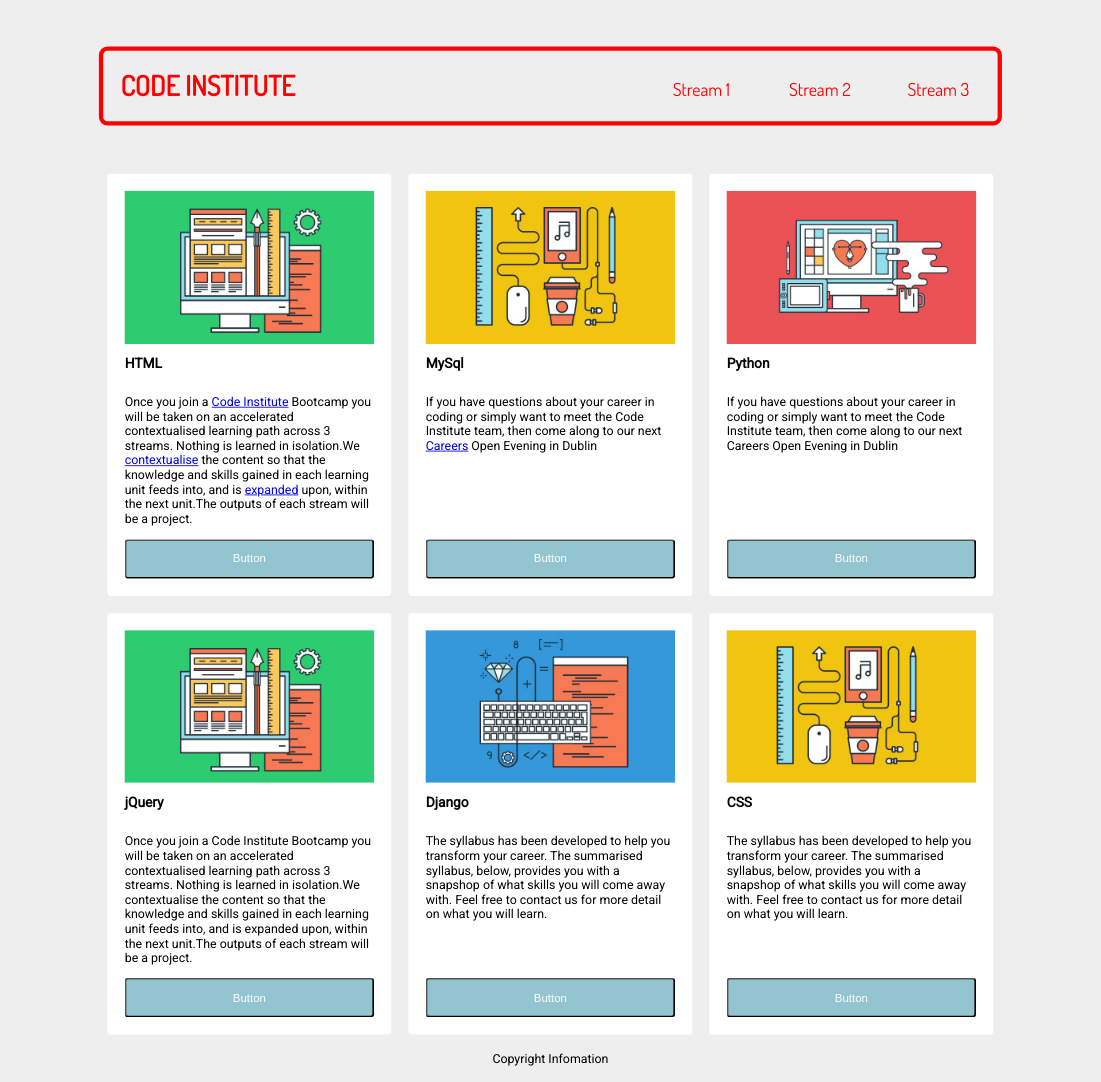
Repository: nitr-am/excersices-using-Jquery
Page: Cards-jquery.html
The author's editor kept a record of every edit. The page is drawn from the files as they stood at one moment, then again after the next edit.
The browser window is 1280 px wide. The pictures show the whole page, at 86% of full size.
Some web libraries are served in a nearby version.

Above is the page before.

After the next edit:
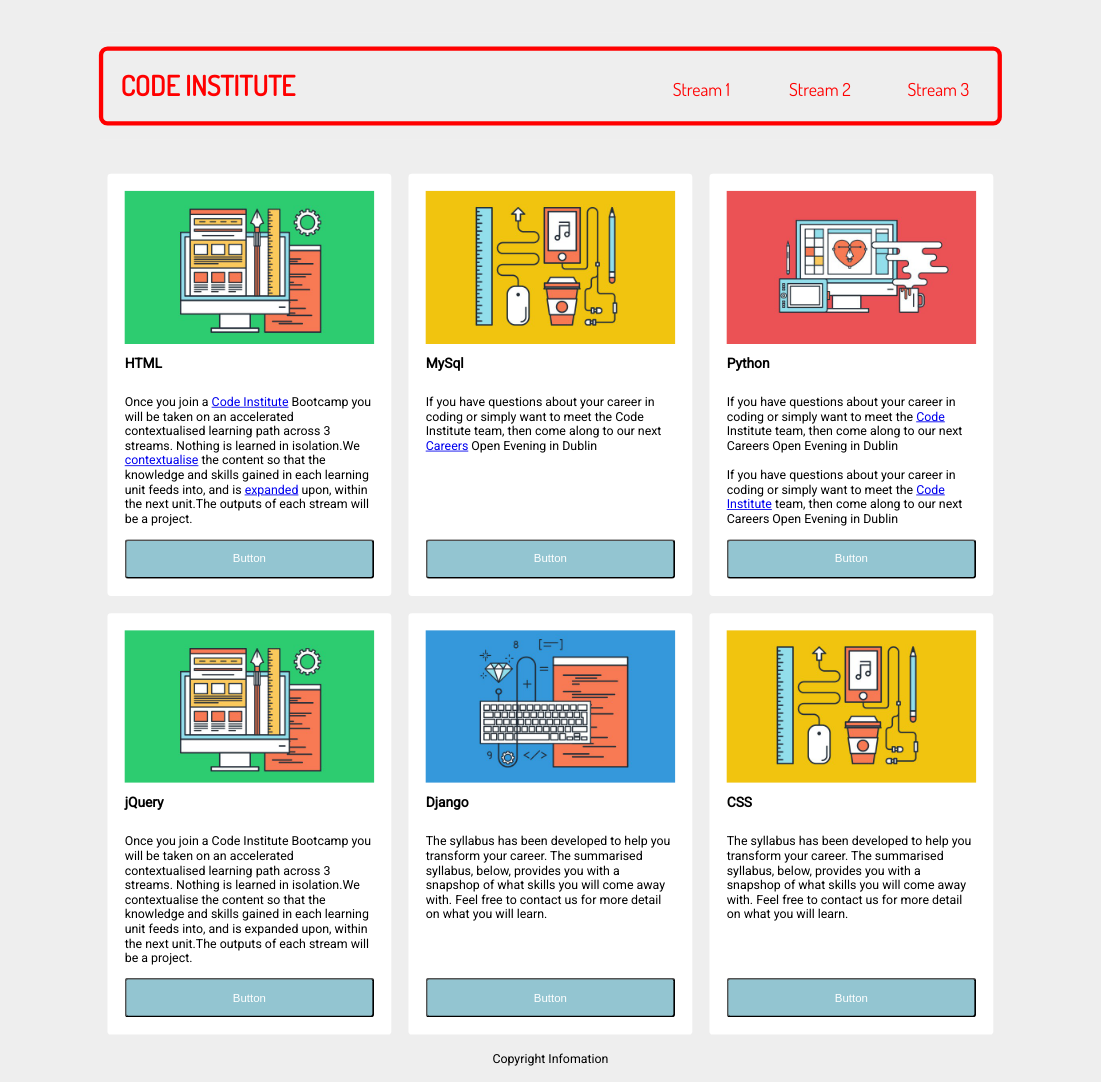
The edit:
--- a/Cards-jquery.html
+++ b/Cards-jquery.html
@@ -36,7 +36,7 @@
 		<div class="card stream2">
 			<img id="img2" class="card_image" src="img/2.png" alt="coding icon">
 			<h2 id="sz_python" class="card_head">Python</h2>
-			<p id="python_vanish" class="card_para">If you have questions about your career in coding or simply want to meet the Code Institute team, then come along to our next Careers Open Evening in Dublin</p>
+			<p id="python_vanish" class="card_para">If you have questions about your career in coding or simply want to meet the <a href="#">Code</a> Institute team, then come along to our next Careers Open Evening in Dublin <br><br> If you have questions about your career in coding or simply want to meet the <a href="#">Code Institute</a> team, then come along to our next Careers Open Evening in Dublin </p>
 			<button id="button3" class="bottom_button makeRed">Button</button>
 		</div>
 		<div class="card stream1">
